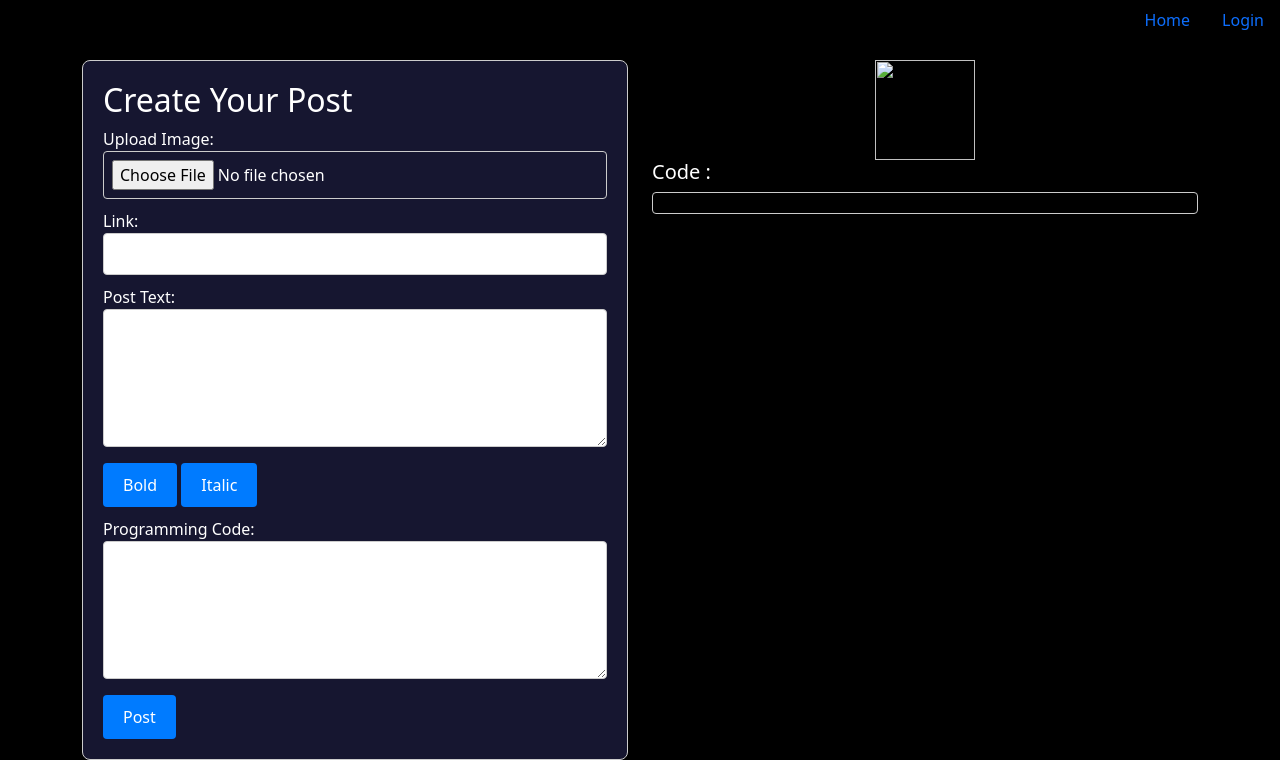
Repository: jaseem1999/sdCommunity
Page: http://localhost/sdCommunity/UserPost.jsp
The author's editor kept a copy of each file at every save. The page is drawn from the files as they stood at one save, then again after the next save.
The browser window is 1280 px wide. The pictures show the whole page.
The page is served by Tomcat 9.

Above is the page before, as saved 2023-09-29 15:10:50.

After the next save:
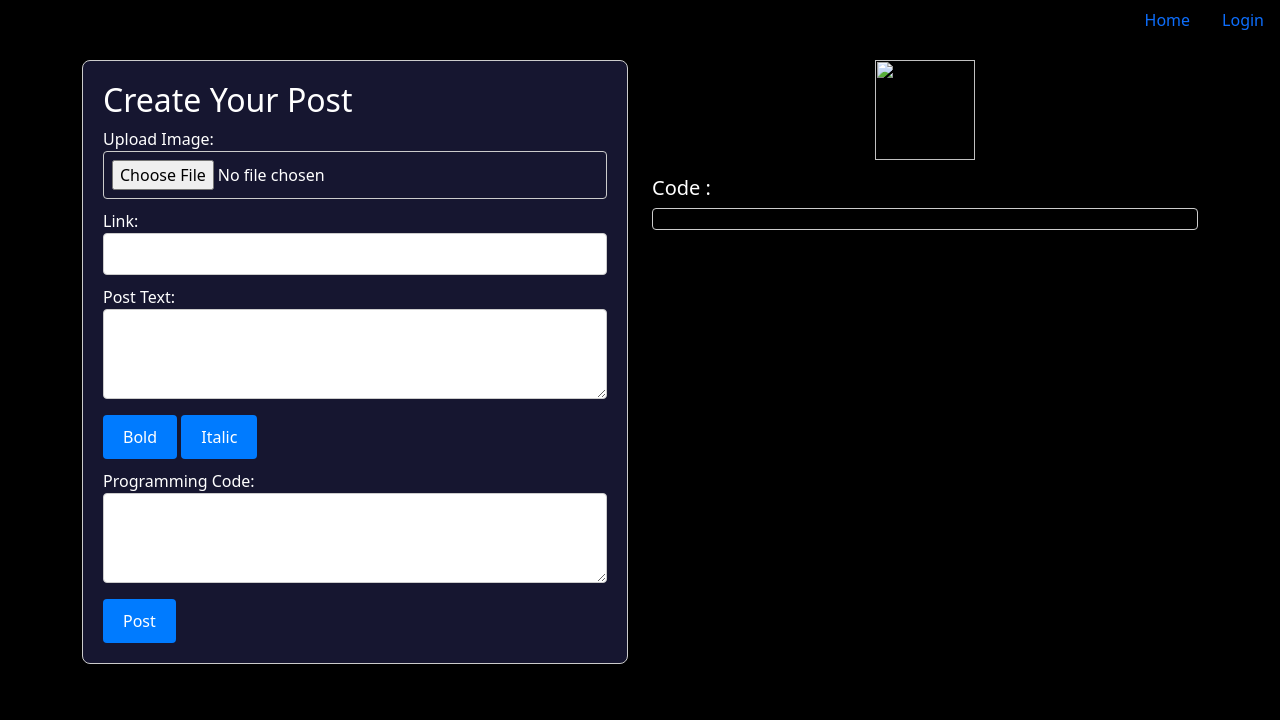
Saved 4 min 49 s later.
--- a/sdCommunity/src/main/webapp/UserPost.jsp
+++ b/sdCommunity/src/main/webapp/UserPost.jsp
@@ -199,10 +199,10 @@ String position = (String) session.getAttribute("position");
             <input type="file" id="image" name="image" accept="image/*" onchange="displayImage()"><br>
 
             <label for="link">Link:</label>
-            <input type="url" id="link" name="link"><br>
+            <input type="url" id="link" name="link" oninput="updateLink()"><br>
 
             <label for="text">Post Text:</label>
-            <textarea id="text" name="text" rows="5"></textarea><br>
+            <textarea id="text" name="text" rows="3" oninput="updateText()"></textarea><br>
 
             <div class="format-options">
                 <button type="button" onclick="makeBold()">Bold</button>
@@ -210,7 +210,7 @@ String position = (String) session.getAttribute("position");
             </div>
 
             <label for="code">Programming Code:</label>
-            <textarea id="code" name="code" rows="5" oninput="updateCode()"></textarea><br>
+            <textarea id="code" name="code" rows="3" oninput="updateCode()"></textarea><br>
 
             <button type="submit">Post</button>
         </form>
@@ -220,6 +220,8 @@ String position = (String) session.getAttribute("position");
 			<div id="center">
 			 <img class="profileImg" alt="" src="" id="updatedImg" style="width: 100px;"/><br>
 		    </div>
+		    <a href="" id="showLink"></a>
+		    <p id="showText"></p>
 		    <h5>Code :</h5>
 		    <pre id="showCode"></pre>
     	</div>
@@ -280,6 +282,19 @@ String position = (String) session.getAttribute("position");
             var showCode = document.getElementById('showCode');
             showCode.textContent = inputCode;
         }
+        function updateLink() {
+            var inputLink = document.getElementById('inputLink').value;
+            var showLink = document.getElementById('showLink');
+            showLink.href = inputLink;
+            showLink.textContent = inputLink;
+        }
+
+        function updateText() {
+            var inputText = document.getElementById('inputText').value;
+            var showText = document.getElementById('showText');
+            showText.textContent = inputText;
+        }
+
 
 
      </script>
